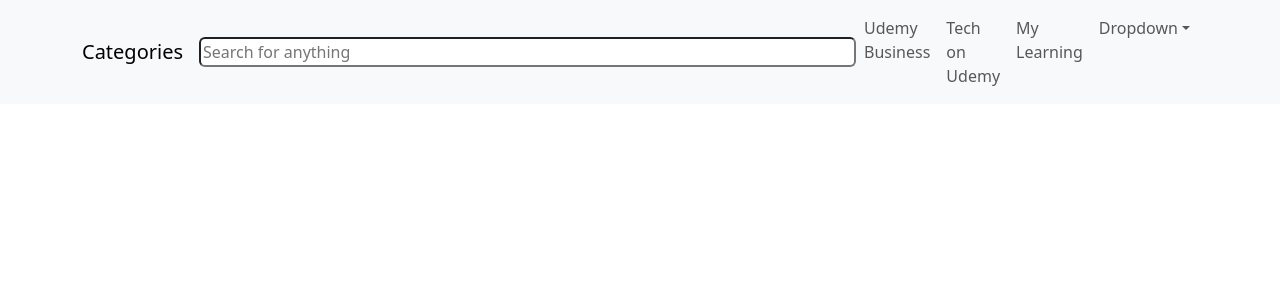
Repository: Taniafdes/newProject
Page: /home/navbar
The author's editor kept a copy of each file at every save. The page is drawn from the files as they stood at one save, then again after the next save.
The browser window is 1280 px wide. The pictures show the whole page.
The project was rebuilt for these pictures with package versions that can differ from the ones it lists, and the page was loaded fresh each time. The framework's server and built-in components were replaced by stand-ins that run in the browser. Also part of the build but not shown: next.config.js.

Above is the page before, as saved 2023-06-15 13:52:33.

### pages/_app.js
import Head from "next/head";
import Script from "next/script";
import 'bootstrap/dist/css/bootstrap.css';
import 'bootstrap-icons/font/bootstrap-icons.css'
function MyApp({ Component, pageProps }) {
  return (
    <>
      <Head>
        <meta name="viewport" content="width=device-width, initial-scale=1" />
      </Head>

      <Script
        src="https://cdn.jsdelivr.net/npm/bootstrap@5.0.0-beta1/dist/js/bootstrap.bundle.min.js"
        integrity="sha384-ygbV9kiqUc6oa4msXn9868pTtWMgiQaeYH7/t7LECLbyPA2x65Kgf80OJFdroafW"
        crossOrigin="anonymous"
      />
      <Component {...pageProps} />
    </>
  );
}
export default MyApp;

### pages/home/navbar.js
import React from 'react'
import Container from 'react-bootstrap/Container';
import Nav from 'react-bootstrap/Nav';
import Navbar from 'react-bootstrap/Navbar';
import NavDropdown from 'react-bootstrap/NavDropdown';
// import Image from 'next/image';

const home = () => {
  return (
    <div>
    <Navbar bg="light" expand="lg">
      <Container>
       {/* <Image src="/public/images/udemy.jpg" /> */}
        <Navbar.Brand href="#home">Categories</Navbar.Brand>
        <input  type="input" id="exampleInputEmail1"  placeholder="Search for anything"  className='w-100 rounded rounded-2'/>
        <Navbar.Toggle aria-controls="basic-navbar-nav" />
        <Navbar.Collapse id="basic-navbar-nav">
          <Nav className="me-auto">
            <Nav.Link href="#home">Udemy Business</Nav.Link>
            <Nav.Link href="#link">Tech on Udemy</Nav.Link>
            <Nav.Link href="#link">My Learning</Nav.Link>

            <NavDropdown title="Dropdown" id="basic-nav-dropdown">
              <NavDropdown.Item href="#action/3.1">Action</NavDropdown.Item>
              <NavDropdown.Item href="#action/3.2">
                Another action
              </NavDropdown.Item>
              <NavDropdown.Item href="#action/3.3">Something</NavDropdown.Item>
              <NavDropdown.Divider />
              <NavDropdown.Item href="#action/3.4">
                Separated link
              </NavDropdown.Item>
            </NavDropdown>
          </Nav>
        </Navbar.Collapse>
      </Container>
    </Navbar>
    </div>
  )

}
export default home

After the next save:
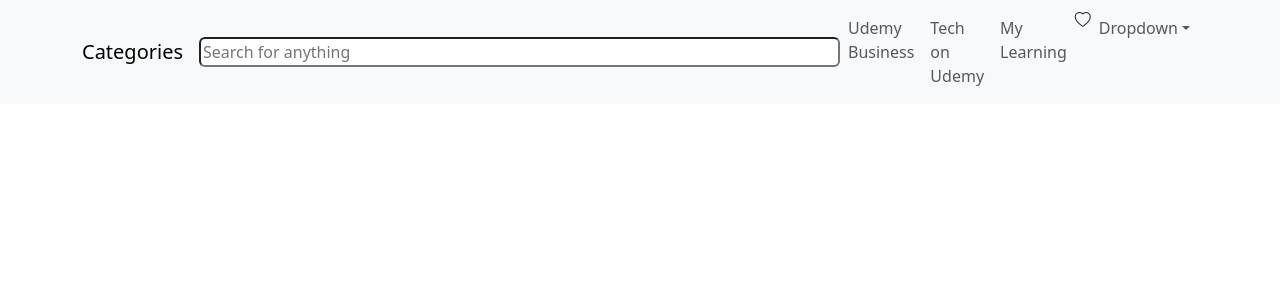
Saved 47 s later.
--- a/pages/home/navbar.js
+++ b/pages/home/navbar.js
@@ -19,7 +19,7 @@
             <Nav.Link href="#home">Udemy Business</Nav.Link>
             <Nav.Link href="#link">Tech on Udemy</Nav.Link>
             <Nav.Link href="#link">My Learning</Nav.Link>
-
+            <i class="bi bi-heart"></i>
             <NavDropdown title="Dropdown" id="basic-nav-dropdown">
               <NavDropdown.Item href="#action/3.1">Action</NavDropdown.Item>
               <NavDropdown.Item href="#action/3.2">

After the 4 saves that followed:
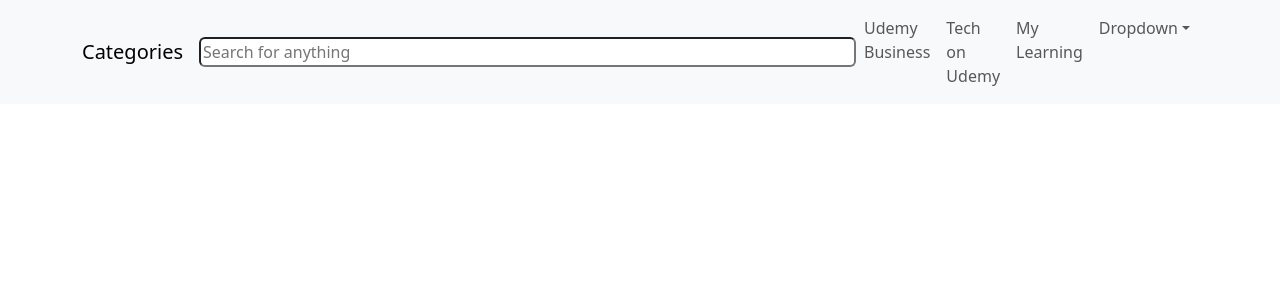
The 4 saves are shown as one change because 1 did not build or start and 2 left the picture as it was.
The last was saved 3 min 50 s later.
--- a/pages/_app.js
+++ b/pages/_app.js
@@ -1,7 +1,6 @@
 import Head from "next/head";
 import Script from "next/script";
 import 'bootstrap/dist/css/bootstrap.css';
-import 'bootstrap-icons/font/bootstrap-icons.css'
 function MyApp({ Component, pageProps }) {
   return (
     <>
